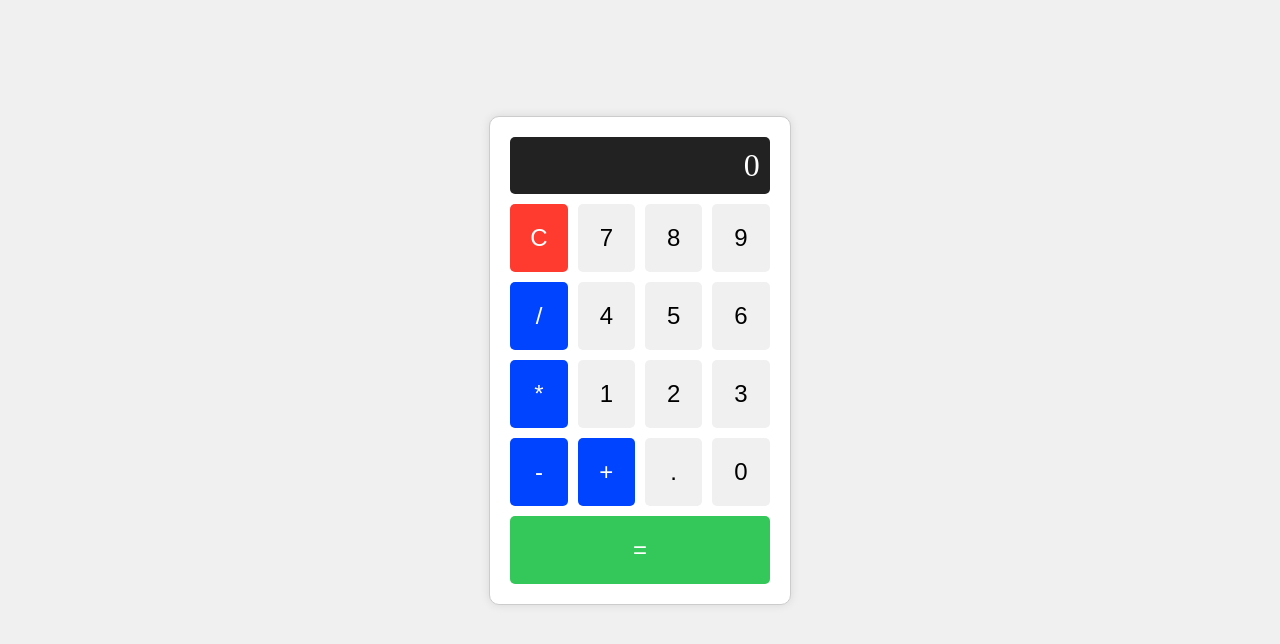
Repository: alizey12/calculator
Page: index.html
An editor plug-in stored every save of this project. The page is shown before and after the next save, followed by the edit.
The browser window is 1280 px wide. The pictures show the whole page.

Above is the page before, as saved 2024-11-23 18:37:34.

After the next save:
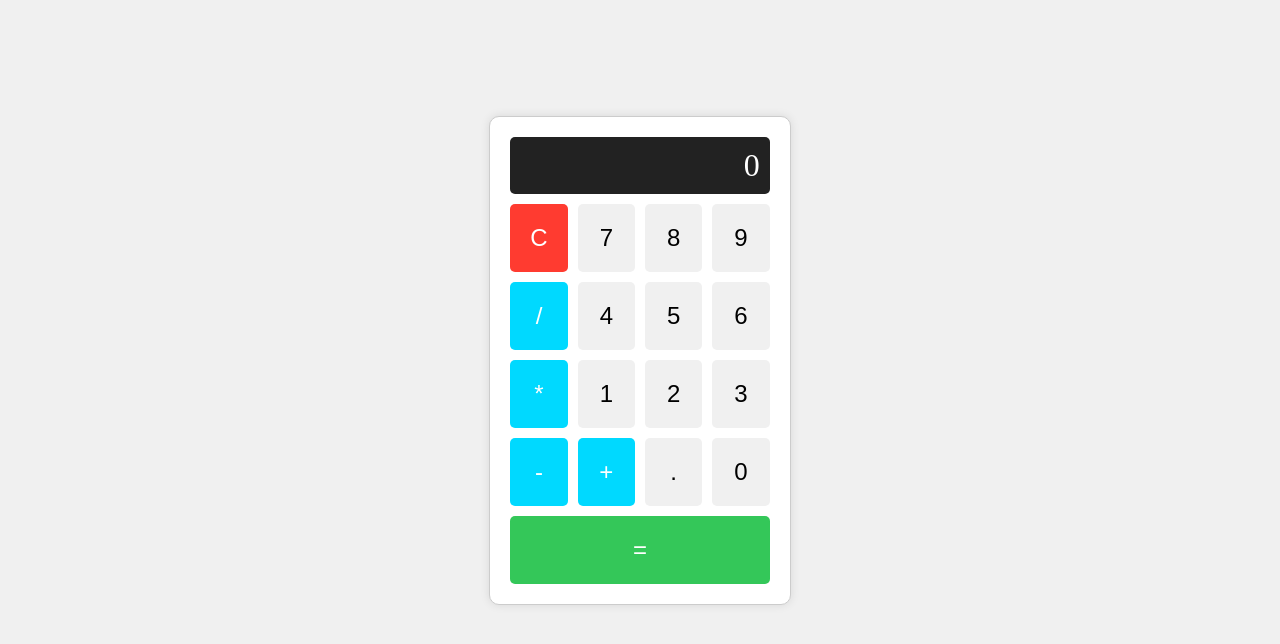
Saved 4 s later.
--- a/styles.css
+++ b/styles.css
@@ -45,7 +45,7 @@ body {
 }
 
 .btn.operator {
-    background-color: #0044ff;
+    background-color: #00d9ff;
     color: #fff;
 }
 
